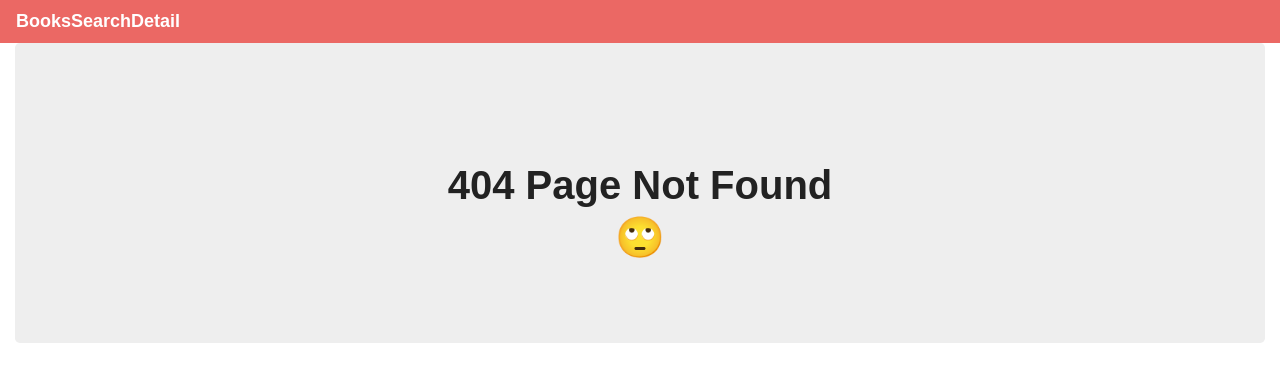
Repository: ionathas78/gBooksScanner
Page: /books (app in client/)
An editor plug-in stored every save of this project. The page is shown before and after the next save, followed by the edit.
The browser window is 1280 px wide. The pictures show the whole page.
Some web fonts or font styles are not loaded; a fallback is used. Some web libraries are served in a nearby version. The project was rebuilt for these pictures with package versions that can differ from the ones it lists, and the page was loaded fresh each time. Also part of the build but not shown: client/src/components/DeleteBtn/style.css, client/src/components/DeleteBtn/index.js, client/src/utils/API.js, client/src/components/List/style.css, client/src/components/List/index.js, client/src/pages/Books.js, client/src/pages/Detail.js, client/src/components/SearchBar/index.js and 1 more.

Above is the page before, as saved 2020-05-20 22:21:19.

After the next save:
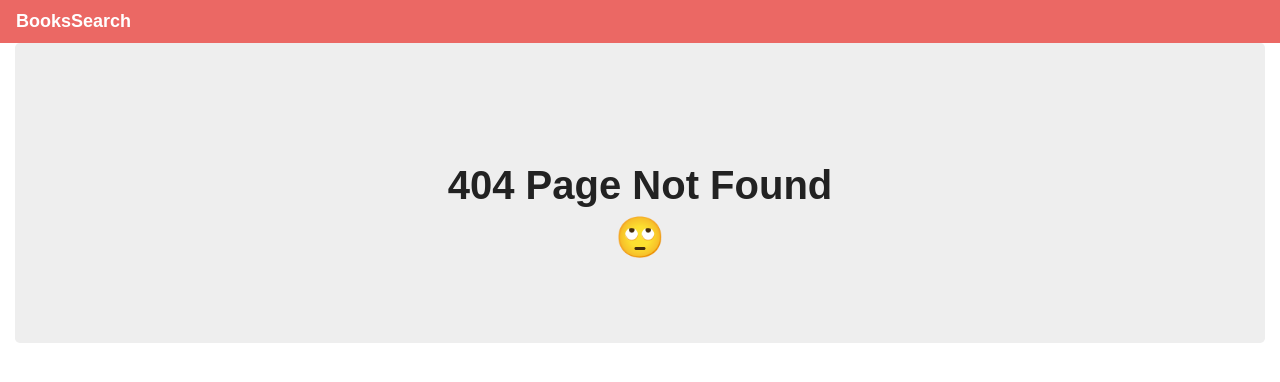
Saved 10 s later.
--- a/client/src/App.js
+++ b/client/src/App.js
@@ -16,8 +16,8 @@ function App() {
         <Nav
           children={[
             { name: "Books", path: "/"},
-            { name: "Search", path: "/search"},
-            { name: "Detail", path: "/books"}
+            { name: "Search", path: "/search"}
+            // { name: "Detail", path: "/books"}
           ]}
         />
         <Switch>
